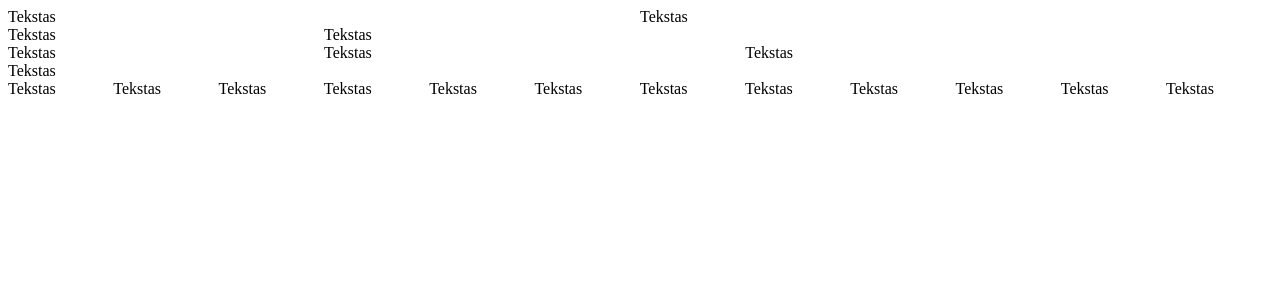
Repository: motiejus1/05-paskaita
Page: index.html
The author's editor kept a copy of each file at every save. The page is drawn from the files as they stood at one save, then again after the next save.
The browser window is 1280 px wide. The pictures show the whole page.

Above is the page before, as saved 2021-06-07 18:44:41.

### index.html
<!DOCTYPE html>
<html lang="en">
<head>
    <meta charset="UTF-8">
    <meta http-equiv="X-UA-Compatible" content="IE=edge">
    <meta name="viewport" content="width=device-width, initial-scale=1.0">
    <title>Pentoji paskaita</title>
    <style>
        * {
            box-sizing: border-box;
        }

        .col-1 {
            width: 8.33%;
        }

        .col-2 {
            width: 16.66%;
        }

        .col-3 {
            width: 25%;
        }

        .col-4 {
            width: 33.33%;
        }

        .col-5 {
            width: 41.66%;
        }

        .col-6 {
            width: 50%;
        }

        .col-7 {
            width: 58.33%;
        }

        .col-8 {
            width: 66.66%;
        }

        .col-9 {
            width:75%;
        }

        .col-10 {
            width: 83.33%;
        }

        .col-11 {
            width: 91.66%;
        }

        .col-12 {
            width: 100%;
        }

        [class*="col-"] {
            float:left;
        }

        .raudona {
            background-color: red;
        }

        .geltona {
            background-color: yellow;
        }

        .zalia {
            background-color: green;
        }

    </style>

</head>
<body>
    <div class="row">
        <div class="col-6">Tekstas</div>
        <div class="col-6">Tekstas</div>
    </div>

    <div class="row">
        <div class="col-3">Tekstas</div>
        <div class="col-9">Tekstas</div>
    </div>

    <div class="row">
        <div class="col-3">Tekstas</div>
        <div class="col-4">Tekstas</div>
        <div class="col-5">Tekstas</div>
    </div>

    <div class="row">
        <div class="col-12">Tekstas</div>
    </div>

    <div class="row">
        <div class="col-1">Tekstas</div>
        <div class="col-1">Tekstas</div>
        <div class="col-1">Tekstas</div>
        <div class="col-1">Tekstas</div>
        <div class="col-1">Tekstas</div>
        <div class="col-1">Tekstas</div>
        <div class="col-1">Tekstas</div>
        <div class="col-1">Tekstas</div>
        <div class="col-1">Tekstas</div>
        <div class="col-1">Tekstas</div>
        <div class="col-1">Tekstas</div>
        <div class="col-1">Tekstas</div>
    </div>



</body>
</html>

After the next save:
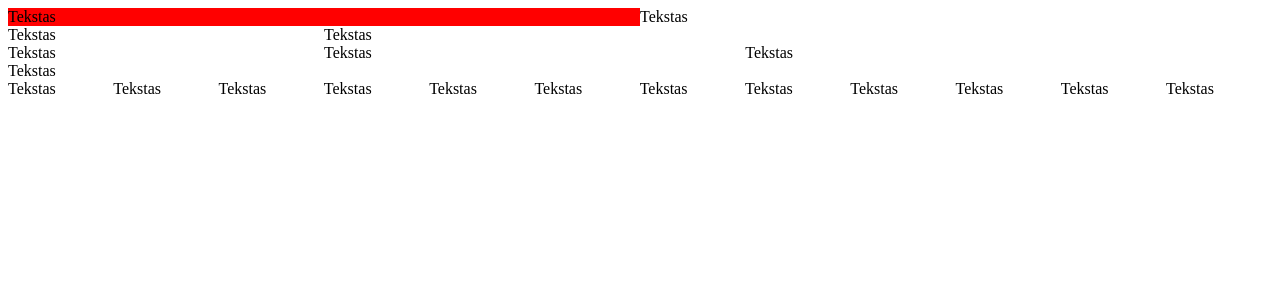
Saved 19 s later.
--- a/index.html
+++ b/index.html
@@ -79,7 +79,7 @@
 </head>
 <body>
     <div class="row">
-        <div class="col-6">Tekstas</div>
+        <div class="col-6 raudona">Tekstas</div>
         <div class="col-6">Tekstas</div>
     </div>
 
